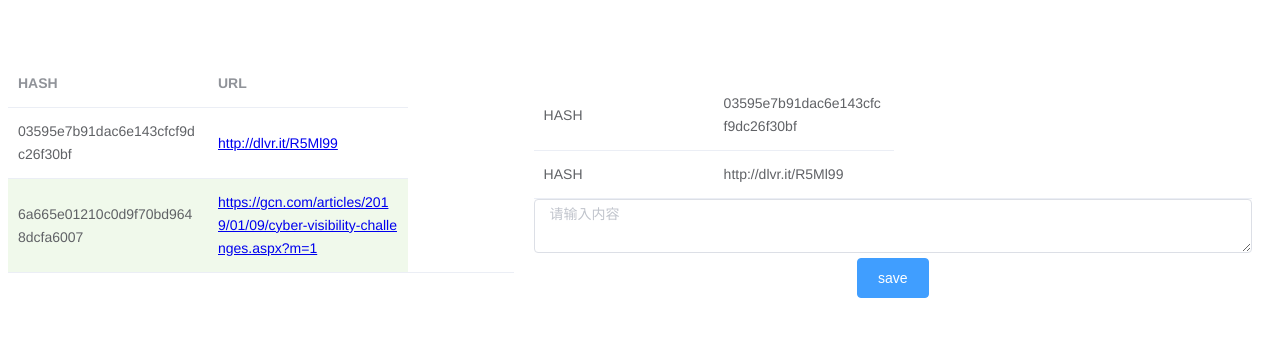
Repository: NicoleGX/TI
Page: /
These files come from the project's save history. The page is drawn as it stood at one moment and after the next save; the edit follows.
The browser window is 1280 px wide. The pictures show the whole page.
The project was rebuilt for these pictures with package versions that can differ from the ones it lists, and the page was loaded fresh each time.

Above is the page before, as saved 2019-05-28 20:08:59.

### index.html
<!DOCTYPE html>
<html>
  <head>
    <meta charset="utf-8">
    <meta name="viewport" content="width=device-width,initial-scale=1.0">
    <title>cyberti</title>
  </head>
  <body>
    <div id="app"></div>
    <!-- built files will be auto injected -->
  </body>
</html>

### src/main.js
// The Vue build version to load with the `import` command
// (runtime-only or standalone) has been set in webpack.base.conf with an alias.
import Vue from 'vue'
import App from './App'
import router from './router'

import ElementUI from 'element-ui'
import 'element-ui/lib/theme-chalk/index.css';

Vue.use(ElementUI)

Vue.config.productionTip = false

/* eslint-disable no-new */
new Vue({
  el: '#app',
  router,
  components: { App },
  template: '<App/>'
})

### src/router/index.js
import Vue from 'vue'
import Router from 'vue-router'
import TextClassification from '@/views/TextClassification'

Vue.use(Router)

export default new Router({
  routes: [
    {
      path: '/',
      name: 'TextClassification',
      component: TextClassification
    }
  ]
})

### src/views/TextClassification.vue
<template>
  <el-container>
    <el-aside style="width: 40%">
      <el-table
        :data="tableData"
        style="width: 100%"
        :row-class-name="tableRowClassName">
        <el-table-column
          prop="hash"
          label="HASH"
          width="200">
        </el-table-column>
        <el-table-column
          prop="url"
          label="URL"
          width="200">
          <template slot-scope="scope">
            <a :href=scope.row.url
              target="_black"
              class="buttonText">{{scope.row.url}}</a>
          </template>
        </el-table-column>
      </el-table>
    </el-aside>
    <el-main style="width: 60%">
      <el-table
        :data="formData"
        :show-header="false"
        style="width: 100%">
        <el-table-column
          width="180">HASH</el-table-column>
        <el-table-column
          prop="value"
          label="value"
          width="180"></el-table-column>
      </el-table>
      <el-input
        type="textarea"
        :autosize="{ minRows: 2, maxRows: 4}"
        placeholder="请输入内容"
        v-model="textarea2">
      </el-input>
      <el-button type="primary" style="margin: 5px 0;">save</el-button>
    </el-main>
  </el-container>
</template>

<script>
export default {
  name: 'textclassfication',
  methods: {
    tableRowClassName({row, rowIndex}) {
      if (row['edit'] == 0) {
        return 'warning-row';
      } else if (row['edit'] == 1) {
        return 'success-row';
      }
      return '';
    }
  },
  data() {
    return {
      tableData: [{
        hash: '03595e7b91dac6e143cfcf9dc26f30bf',
        url: 'http://dlvr.it/R5Ml99',
        edit: 0
      }, {
        hash: '6a665e01210c0d9f70bd9648dcfa6007',
        url: 'https://gcn.com/articles/2019/01/09/cyber-visibility-challenges.aspx?m=1',
        edit: 1
      }],
      textarea2: '',
      formData: [{
        value: '03595e7b91dac6e143cfcf9dc26f30bf'
      },{
        value: 'http://dlvr.it/R5Ml99'
      }]
    }
  }
}
</script>

<style>
.el-table {
  width: 100%!important;
}
.el-table .warning-row {
  background: #fff;
}

.el-table .success-row {
  background: #f0f9eb;
}
</style>

Loaded but not shown: src/App.vue (common file)

After the next save:
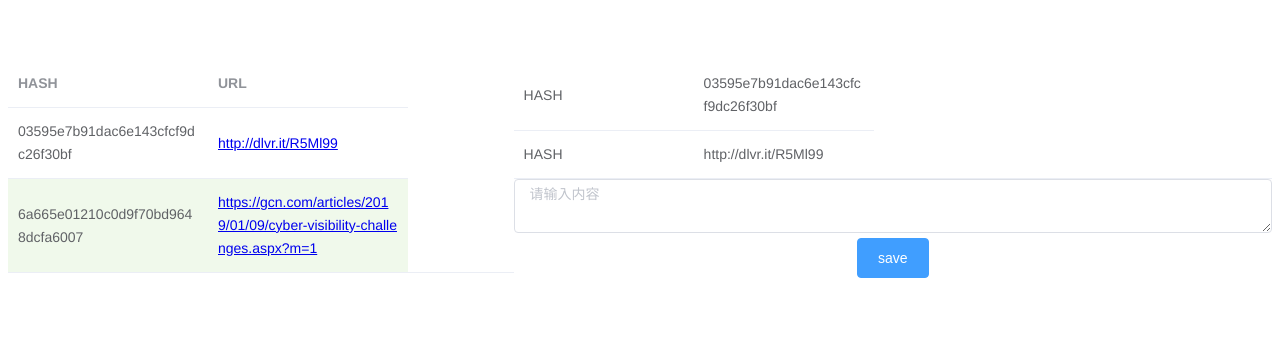
Saved 27 s later.
--- a/src/views/TextClassification.vue
+++ b/src/views/TextClassification.vue
@@ -22,7 +22,7 @@
         </el-table-column>
       </el-table>
     </el-aside>
-    <el-main style="width: 60%">
+    <el-main style="width: 60%;padding: 0;">
       <el-table
         :data="formData"
         :show-header="false"

After the save that followed:
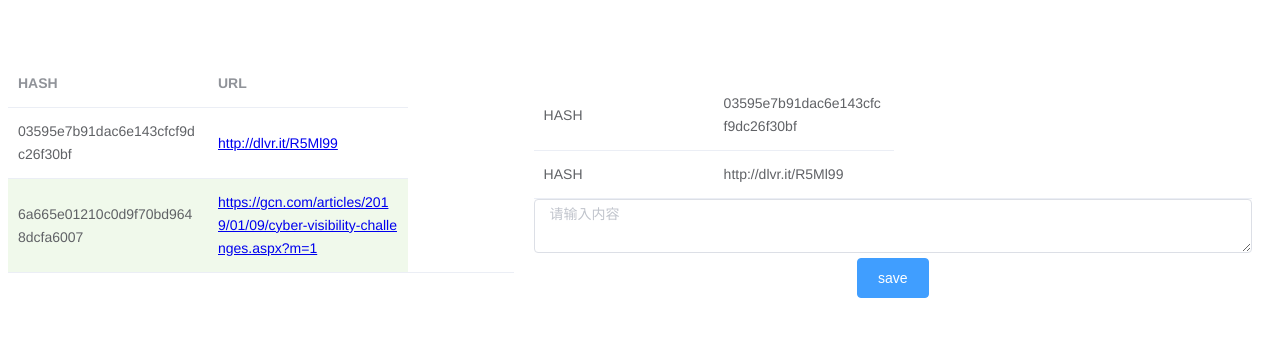
Saved 14 s later.
--- a/src/views/TextClassification.vue
+++ b/src/views/TextClassification.vue
@@ -22,7 +22,7 @@
         </el-table-column>
       </el-table>
     </el-aside>
-    <el-main style="width: 60%;padding: 0;">
+    <el-main style="width: 60%;">
       <el-table
         :data="formData"
         :show-header="false"
